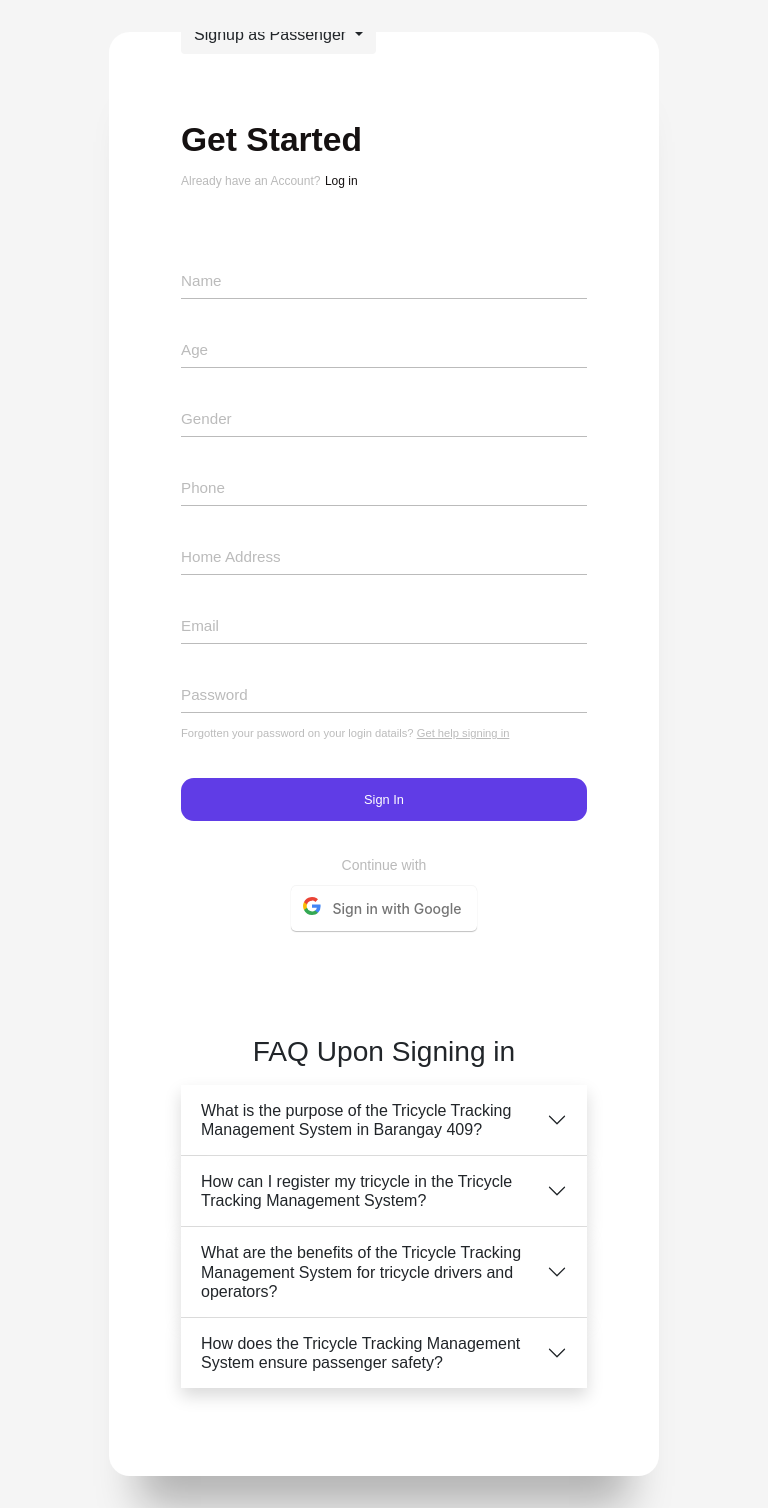
Repository: adrcstro/plate-to-place
Page: http://localhost/Loginsystem/Passenger.php
These files come from the project's save history. The page is drawn as it stood at one moment and after the next save; the edit follows.
The browser window is 768 px wide. The pictures show the whole page.
Some web fonts or font styles are not loaded; a fallback is used. Some web libraries are served in a nearby version. The page is run by PHP 8.4 with error messages shown; the project is at /var/www/html/.

Above is the page before, as saved 2023-10-31 15:49:45.

After the next save:
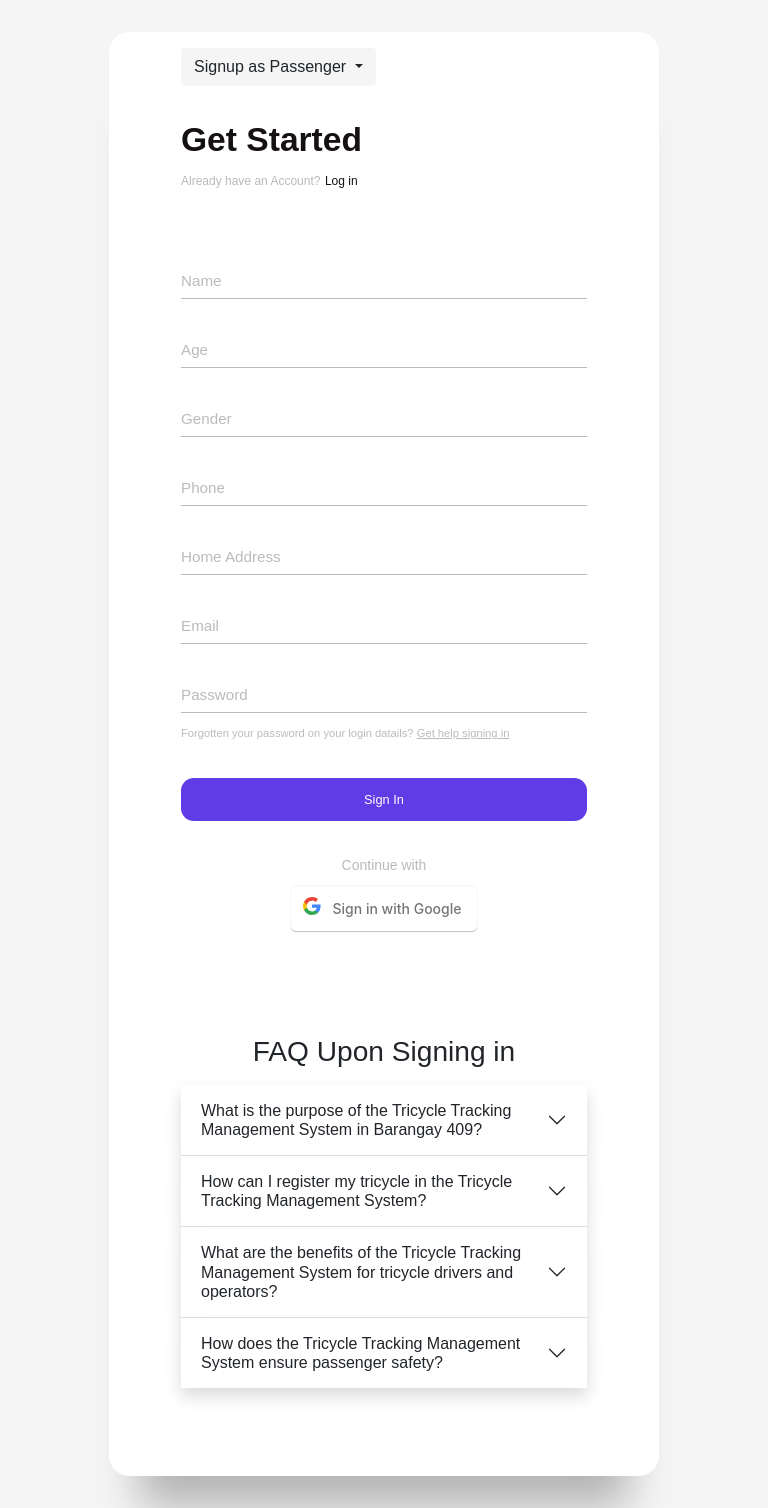
Saved 9 s later.
--- a/Loginsystem/passenger.css
+++ b/Loginsystem/passenger.css
@@ -489,7 +489,7 @@ margin-top: 2rem;
 }
 .dropdown{
   position: relative; /* or any other position value that suits your layout */
-  top: -8rem;
+  top: -6rem;
 }
 .sign-in-form{
   margin-top: -5rem;
